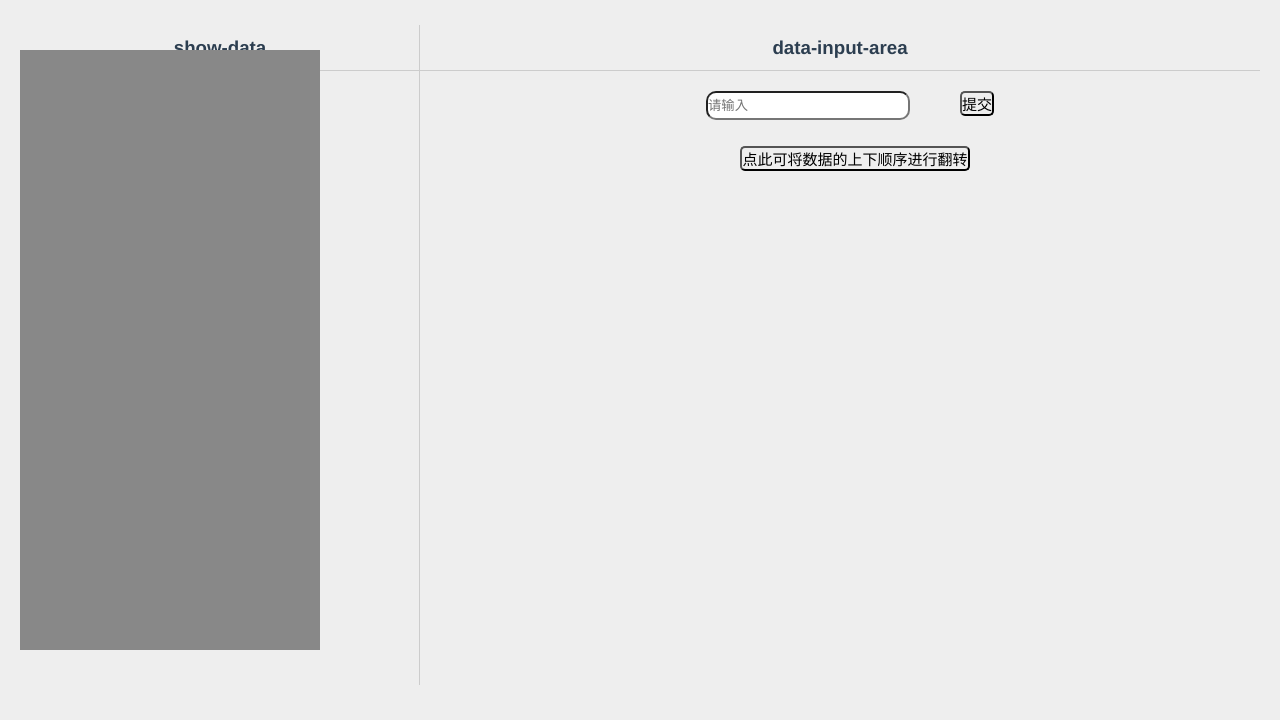
Repository: z-xy-git/demofirst
Page: /home/reverseShowData
The author's editor kept a copy of each file at every save. The page is drawn from the files as they stood at one save, then again after the next save.
The browser window is 1280 px wide. The pictures show the whole page.
The project was rebuilt for these pictures with package versions that can differ from the ones it lists, and the page was loaded fresh each time.

Above is the page before, as saved 2021-03-01 14:31:56.

### src/App.vue
<template>
  <div id="app">
    <router-view/>
  </div>
</template>

<style>
#app {
  font-family: Avenir, Helvetica, Arial, sans-serif;
  -webkit-font-smoothing: antialiased;
  -moz-osx-font-smoothing: grayscale;
  text-align: center;
  color: #2c3e50;
}
body{
  background-color: #eee;
}
#nav {
  padding: 30px;
}

#nav a {
  font-weight: bold;
  color: #2c3e50;
}

#nav a.router-link-exact-active {
  color: #42b983;
}
</style>

### src/router/index.js
import Vue from 'vue'
import VueRouter from 'vue-router'
import Home from '../views/Home.vue'
import ShowData from '../views/ShowData.vue'
import ReverseShowData from '../views/ReverseShowData.vue'

Vue.use(VueRouter)

const originalPush = VueRouter.prototype.push;
VueRouter.prototype.push = function push(location) {
    return originalPush.call(this, location).catch(err => err)
}

const routes = [
  {
    path: '',
    redirect: '/home'
  },
  {
    path: '/home',
    name: 'Home',
    component: Home,
    children:[
      {
        path: 'showData',
        component: ShowData
      },
      {
        path: 'reverseShowData',
        component: ReverseShowData
      }
    ]
  },
  // {
    // path: '/showData',
    // name: 'ShowData',
    // route level code-splitting
    // this generates a separate chunk (about.[hash].js) for this route
    // which is lazy-loaded when the route is visited.
    // component: () => import(/* webpackChunkName: "about" */ '../views/ShowData.vue')
  // }
]

const router = new VueRouter({
  mode: 'history',
  base: process.env.BASE_URL,
  routes
})

export default router

### src/store/index.js
import Vue from 'vue'
import Vuex from 'vuex'
import getters from './getters'
import mutations from './mutation'

Vue.use(Vuex)

export default new Vuex.Store({
  state: {
    dataArr: []
  },
  getters,
  mutations,
  actions: {
  },
  modules: {
  }
})

### src/views/Home.vue
<template>
  <div class="home">
    <div class="left">
      <div class="left-top"><h3>show-data</h3></div>
    </div>
    <router-view/>
    <div class="right">
      <div class="right-title"><h3>data-input-area</h3></div>
      <div class="right-input">
        <input type="text" v-model="inputData"
          placeholder="请输入"
          class="input-style"
          onmouseover="this.select()">
        <button @click="btnclick" class="btn-style">提交</button>
      </div>
      <div class="right-reverse-btn">
        <button @click="reverseItemData" class="btn-style">点此可将数据的上下顺序进行翻转</button>
      </div>
    </div>
  </div>
</template>

<script>
// @ is an alias to /src

export default {
  name: 'Home',
  components: {
  },
  data(){
    return{
      inputData: '',
      isgoReverse: true
    }
  },
  methods:{
    btnclick() {
      this.$store.commit('addData',this.inputData);
      this.$router.push('/home/showData');
    },
    reverseItemData(){
      if(this.isgoReverse){
        this.$router.push('/home/reverseShowData');
        this.isgoReverse = false;
      }
      else{
        this.$router.push('/home/showData');
        this.isgoReverse = true;
      }
    }
  }
}
</script>
<style>
  *{
    margin: 0;
    padding: 0;
  }
  .home{
    width: 100%;
    height: 100%;
  }
  .left{
    position: absolute;
    left: 20px;
    top: 25px;
    width: 400px;
    height: 660px;
    background-color: #eee;
  }
  .left-top{
    height: 45px;
    line-height: 45px;
    text-align: center;
    border-bottom: 1px solid #ccc;
  }
  .right{
    position: absolute;
    right: 20px;
    top: 25px;
    width: calc(100% - 440px);
    height: 660px;
    border-left: 1px solid #ccc;
    background-color: #eee;
  }
  .right-title{
    height: 45px;
    line-height: 45px;
    text-align: center;
    border-bottom: 1px solid #ccc;
  }
  .input-style{
    margin: 20px;
    outline: none;
    border-radius: 10px;
    width: 200px;
    height: 25px;
  }
  .btn-style{
    margin: 0 0 30px 30px;
    outline: none;
    border-radius: 5px;
    background-color: #eee;
    font-size: 15px;
  }
</style>

### src/views/ShowData.vue
<template>
  <div class="show-data">
    <h4>show-data</h4>
    <p class="p" v-for="(item,index) in this.dataArr" :key="index">{{item}}</p>
  </div>
</template>

<script>
import {mapState} from 'vuex'

export default {
  name:'ShowData',
  computed:{
    ...mapState(['dataArr'])
  }
}
</script>

<style>
.show-data{
    position: absolute;
    left: 20px;
    top: 50px;
    width: 300px;
    height: 600px;
    background-color: #888;
    color: #fff;
  }
</style>

### src/views/ReverseShowData.vue
<template>
  <div class="show-data">
    <p class="p" v-for="(item,index) in reverseDataArr" :key="index">{{item}}</p>
  </div>
</template>

<script>
import {mapGetters} from 'vuex'

export default {
  name:'ReverseShowData',
  computed:{
    ...mapGetters(['dataArr']),
    reverseDataArr(){
      let data = JSON.parse(JSON.stringify(this.dataArr))
      return data.reverse();
    }
  }
}
</script>

<style>
.show-data{
    position: absolute;
    left: 20px;
    top: 50px;
    width: 300px;
    height: 600px;
    background-color: #888;
    color: #fff;
  }
</style>

### src/store/getters.js
export default {
  dataArr(state){
    return state.dataArr;
  }
}

### src/store/mutation.js
export default {
  addData(state, payload){
    state.dataArr.push(payload);
  }
}

Loaded but not shown: public/index.html (common file); src/main.js (common file)

After the next save:
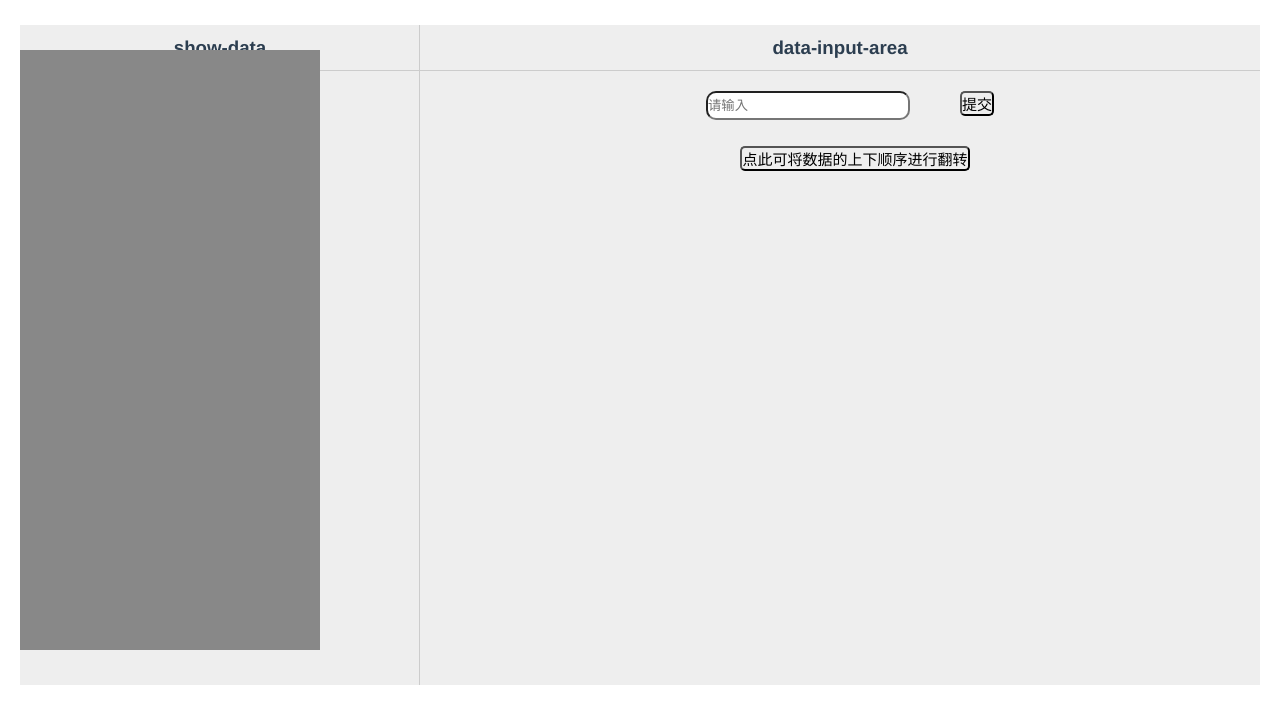
Saved 13 s later.
--- a/src/App.vue
+++ b/src/App.vue
@@ -13,7 +13,7 @@
   color: #2c3e50;
 }
 body{
-  background-color: #eee;
+  background-color: #fff;
 }
 #nav {
   padding: 30px;
